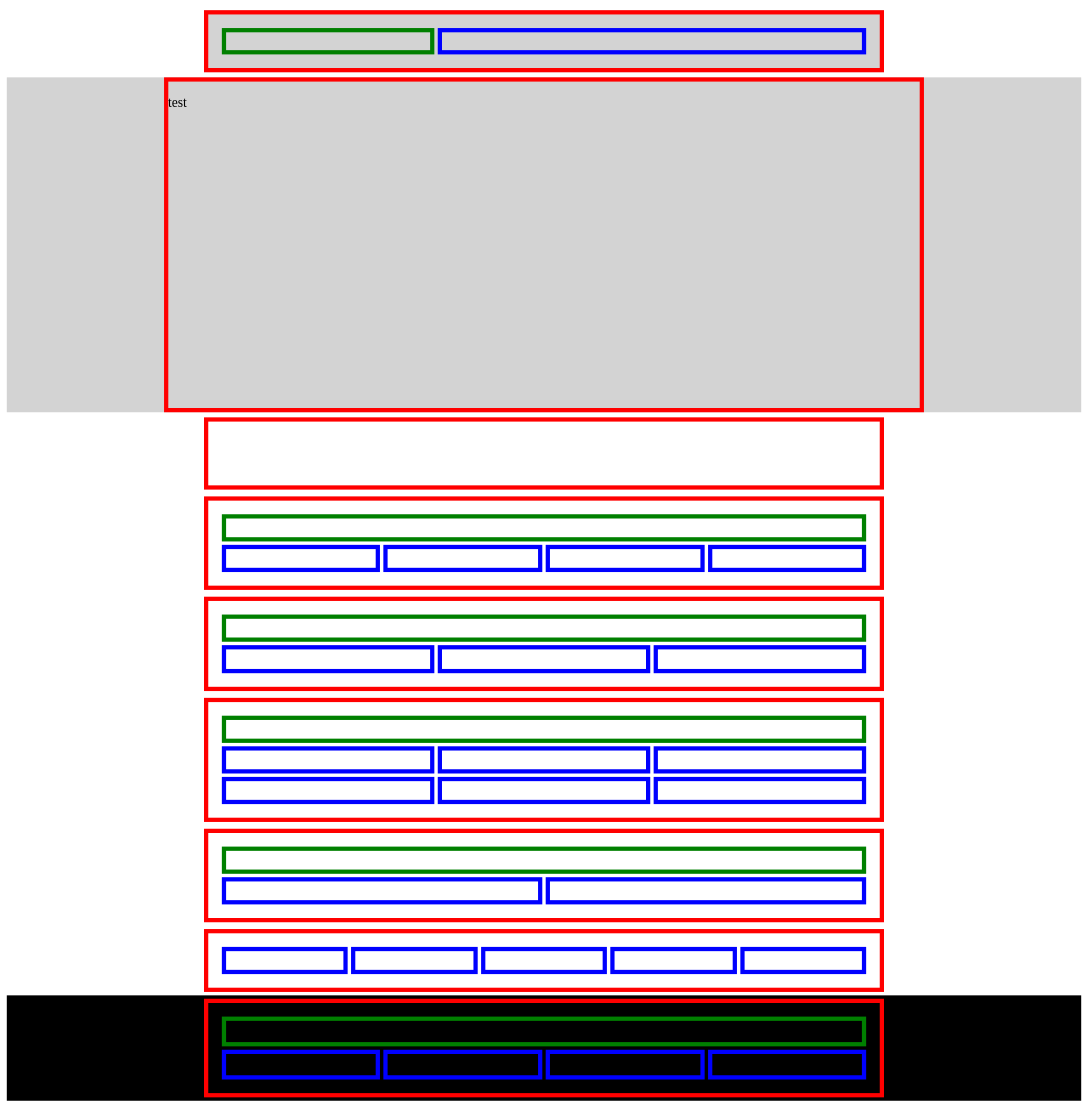
Repository: anderscederberg11/LAB2BG
Page: index.html
These files come from the project's save history. The page is drawn as it stood at one moment and after the next save; the edit follows.
The browser window is 1280 px wide. The pictures show the whole page, at 85% of full size.

Above is the page before, as saved 2024-01-30 23:05:27.

After the next save:
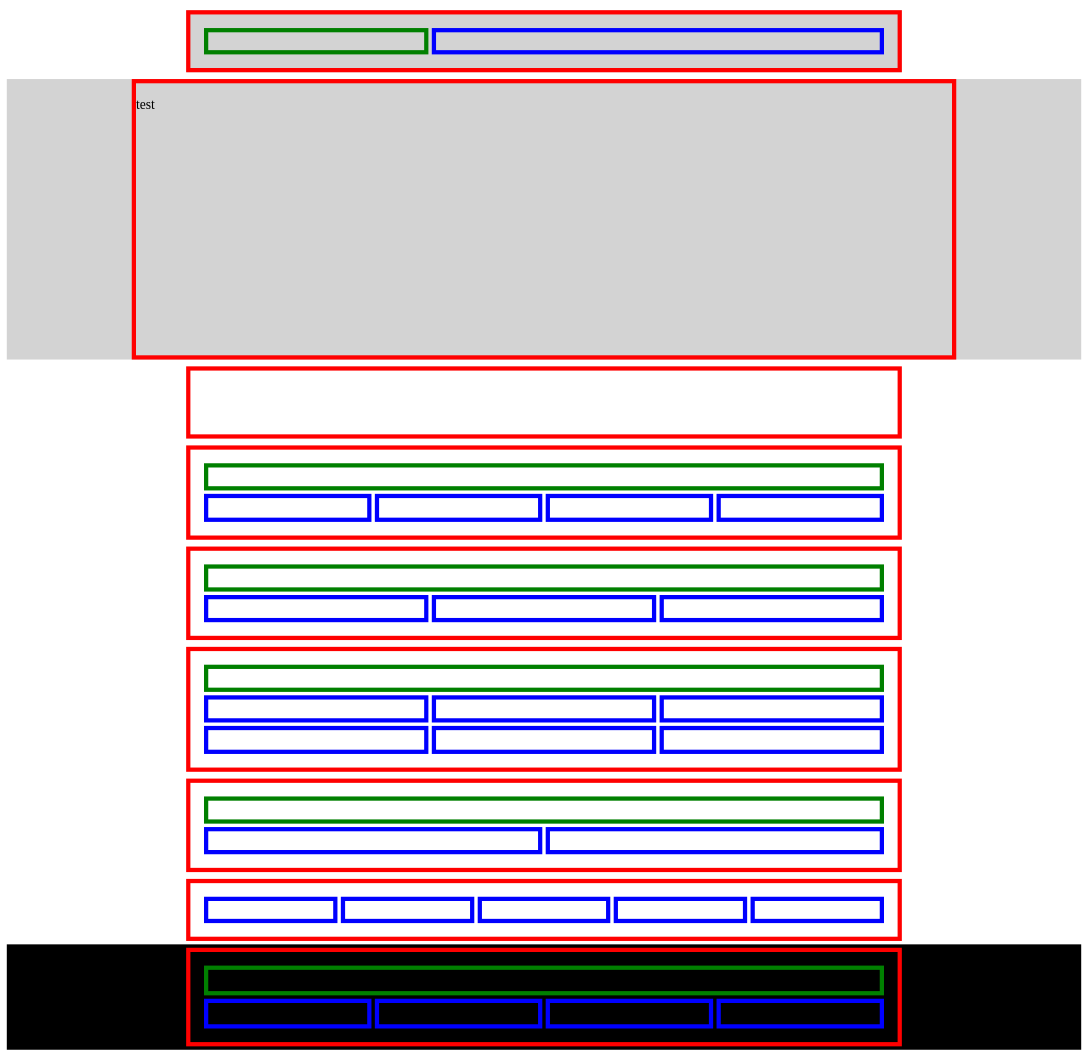
Saved 5 min 24 s later.
--- a/css/style.css
+++ b/css/style.css
@@ -29,7 +29,7 @@
   background-color: lightgrey;
   width:100%;
   border:none;
-  margin:0.25vh;
+  margin:0.25em;
 }
 
 .sectionOneList{
@@ -37,14 +37,14 @@
 }
 
 .sectionOneImage{
-  width:70%;
-  height:30vw;
+  width:60em;
+  height:20em;
   border: 5px solid red;
 }
 
 .headerContainer, .sectionTwo, .sectionThree, .sectionFour, .sectionFive, .sectionSix, .sectionSeven, .sectionFooter{
   display:grid;
-  width:60%;
+  width:50em;
   grid-gap:0.25em;
   padding:1em;
   margin:0.25em;

After the save that followed:
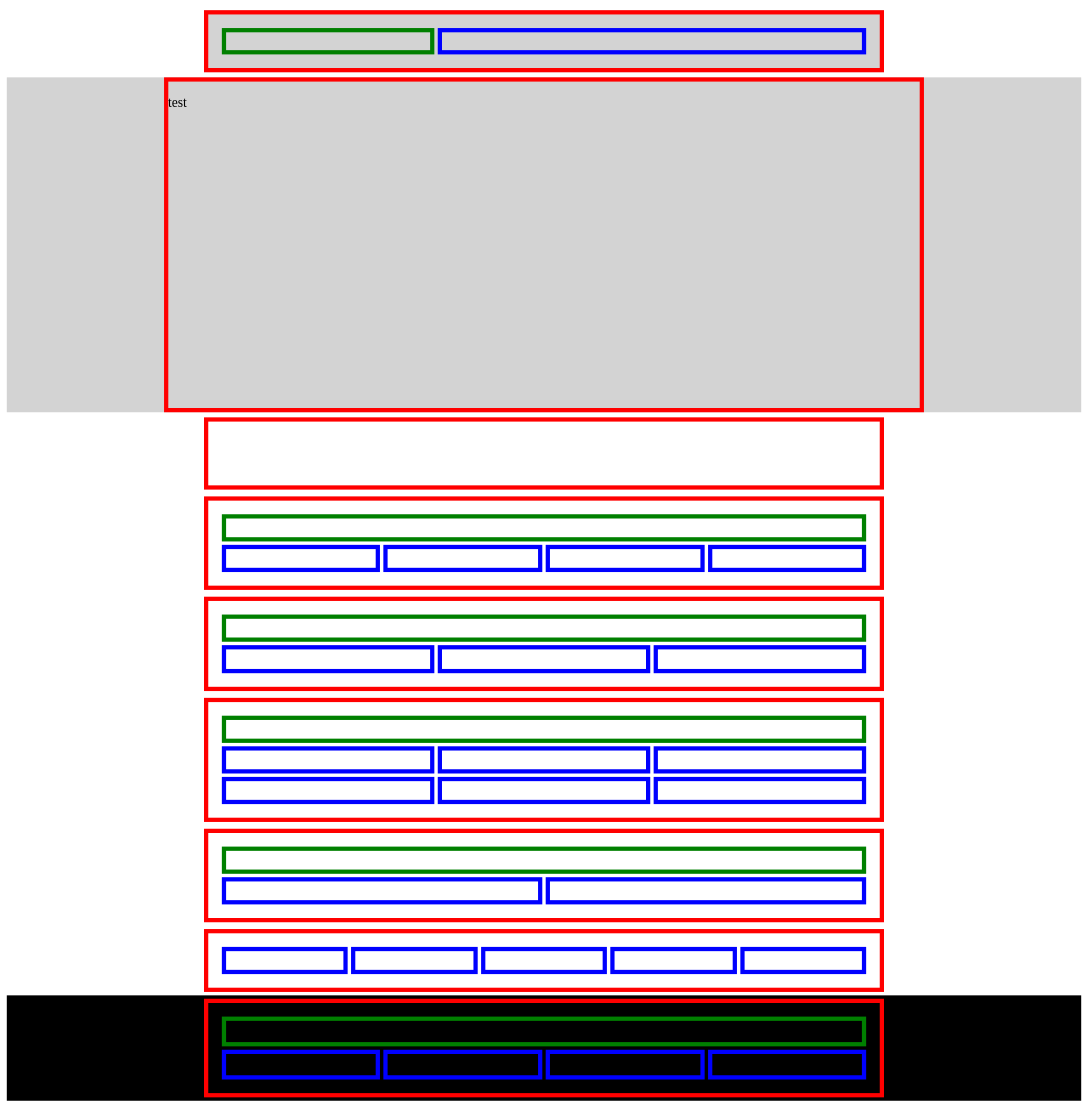
Saved 35 s later.
--- a/css/style.css
+++ b/css/style.css
@@ -29,7 +29,7 @@
   background-color: lightgrey;
   width:100%;
   border:none;
-  margin:0.25em;
+  margin:0.25vh;
 }
 
 .sectionOneList{
@@ -37,14 +37,14 @@
 }
 
 .sectionOneImage{
-  width:60em;
-  height:20em;
+  width:70%;
+  height:30vw;
   border: 5px solid red;
 }
 
 .headerContainer, .sectionTwo, .sectionThree, .sectionFour, .sectionFive, .sectionSix, .sectionSeven, .sectionFooter{
   display:grid;
-  width:50em;
+  width:60%;
   grid-gap:0.25em;
   padding:1em;
   margin:0.25em;
